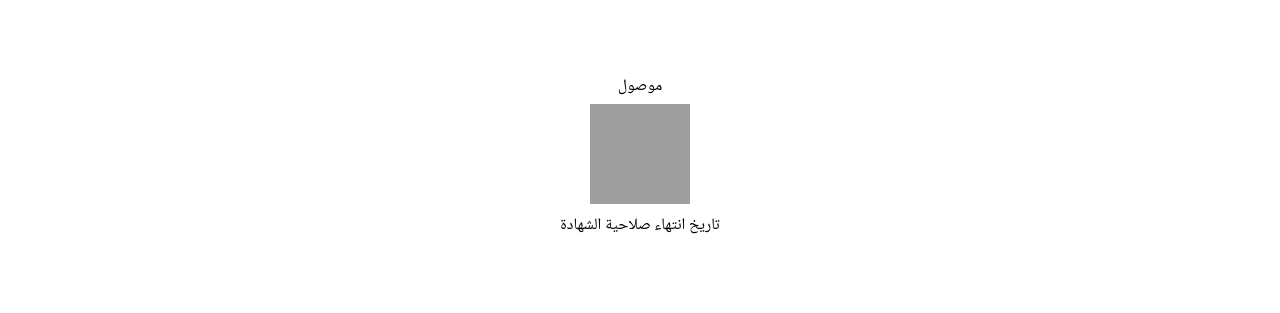
Repository: khanshakiil/ArabicHTMLToPDF
Page: HospitalFrontDesk/src/main/resources/html.html
The author's editor kept a copy of each file at every save. The page is drawn from the files as they stood at one save, then again after the next save.
The browser window is 1280 px wide. The pictures show the whole page.
Pictures or frames that could not be fetched are drawn as grey boxes.

Above is the page before, as saved 2020-03-05 20:08:29.

After the next save:
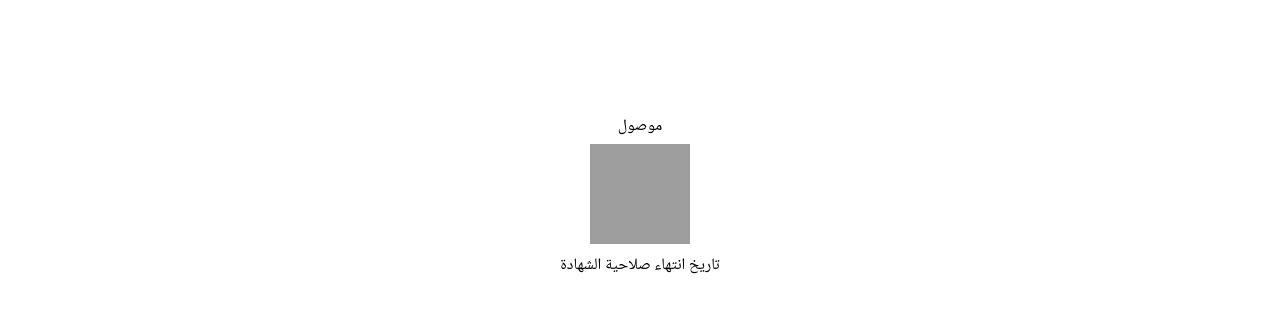
Saved 13 s later.
--- a/HospitalFrontDesk/src/main/resources/html.html
+++ b/HospitalFrontDesk/src/main/resources/html.html
@@ -5,7 +5,7 @@
 <style>
 table {
 margin: 60px;
-padding: 10px;
+padding: 50px;
 
 }
 tr{
